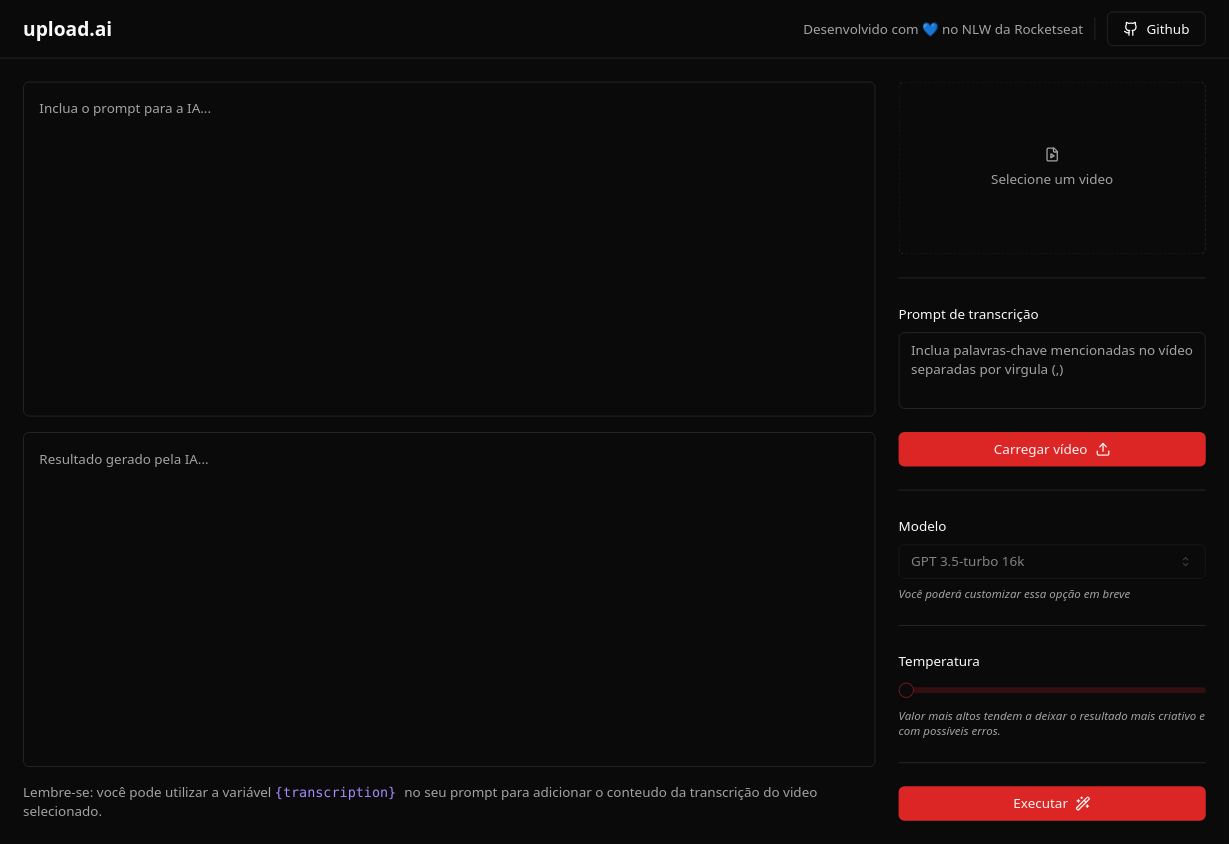
Repository: ricardolimati/upload-ai-web
Page: /
The author's editor kept a copy of each file at every save. The page is drawn from the files as they stood at one save, then again after a run of saves.
The browser window is 1280 px wide. The pictures show the whole page, at 96% of full size.
The project was rebuilt for these pictures with package versions that can differ from the ones it lists, and the page was loaded fresh each time. Also part of the build but not shown: vite.config.ts.

Above is the page before, as saved 2023-09-12 00:33:40.

### src/App.tsx
import {Github, FileVideo, Upload, Wand2} from 'lucide-react'
import { Button } from "./components/ui/button";
import { Separator } from './components/ui/separator';
import { Textarea } from './components/ui/textarea';
import { Label } from './components/ui/label';
import { Select, SelectContent, SelectItem, SelectTrigger, SelectValue } from './components/ui/select';
import { Slider } from './components/ui/slider';

export function App() {
  return(
   <div className="min-h-screen flex flex-col">
    <div className="px-6 py-3 flex items-center justify-between border-b">
      <h1 className="text-xl font-bold">upload.ai</h1>
      <div className="flex items-center gap-3">
        <span className="text-sm text-muted-foreground">
          Desenvolvido com 💙 no NLW da Rocketseat</span>
          <Separator orientation='vertical' className='h-6' />
        <Button variant="outline">
          <Github className="w-4 h-4 mr-2" />Github
        </Button>
      </div>
    </div>

    <main className="flex-1 p-6 flex gap-6">
      <div className="flex flex-col flex-1 gap-4">
        <div className="grid grid-rows-2 gap-4 flex-1">
          <Textarea
          className="resize-none p-4 leading-relaxed"
          placeholder="Inclua o prompt para a IA..."
          />
          <Textarea
          className="resize-none p-4 leading-relaxed"
          placeholder="Resultado gerado pela IA..."
          readOnly/>
        </div>

        <p className="text-sm text-muted-foreground">
          Lembre-se: você pode utilizar a variável <code className="text-violet-400">{'{transcription}'} </code>
           no seu prompt para adicionar o conteudo da transcrição
          do video selecionado.</p>
      </div>
      <aside className="w-80 space-y-6">
        <form className="space-y-6" >
          <label
          htmlFor="video"
          className="border flex rounded-md aspect-video cursor-pointer border-dashed text-sm flex-col gap-2 items-center justify-center text-muted-foreground hover:bg-primary/5"
          >
            <FileVideo className="w-4 h-4" />
            Selecione um video
          </label>
          <input type="file" id="video" accept="video/mp4" className="sr-only"/>
          <Separator />
          <div className="space-y-2">
            <Label htmlFor="transcription_prompt">Prompt de transcrição</Label>
            <Textarea
            id="transcription_prompt"
            className="h-20 leading-relaxe resize-none"
            placeholder="Inclua palavras-chave mencionadas no vídeo separadas por virgula (,)"
            />
          </div>
          <Button type="submit" className="w-full">
            Carregar vídeo
            <Upload
              className="w-4 h-4 ml-2"
            />
          </Button>
        </form>

        <Separator />

        <form className="space-y-6">
          <div className="space-y-2">
            <Label >Modelo</Label>
           <Select disabled defaultValue='gpt-3.5'>
              <SelectTrigger>
                <SelectValue />
              </SelectTrigger>
              <SelectContent>
              <SelectItem value="gpt-3.5">GPT 3.5-turbo 16k</SelectItem>
              </SelectContent>
            </Select>
            <span className="block text-xs text-muted-foreground italic">
              Você poderá customizar essa opção em breve
            </span>
          </div>

          <Separator/>
          <div className="space-y-4">
            <Label >Temperatura</Label>
            <Slider
             min={0}
             max={1}
             step={0.1}
            />
            <span className="block text-xs text-muted-foreground italic">
              Valor mais altos tendem a deixar o resultado mais criativo e com possíveis erros.
            </span>
          </div>

          <Separator />

          <Button type="submit" className="w-full">
            Executar
            <Wand2  className="w-4 h-4 ml-2"/>
          </Button>

        </form>
      </aside>
    </main>
   </div>
  )
}

### src/index.css
@tailwind base;
@tailwind components;
@tailwind utilities;

@layer base {
  :root {
    --background: 0 0% 3.9%;
    --foreground: 0 0% 98%;
    --card: 0 0% 3.9%;
    --card-foreground: 0 0% 98%;
    --popover: 0 0% 3.9%;
    --popover-foreground: 0 0% 98%;
    --primary: 0 72.2% 50.6%;
    --primary-foreground: 0 85.7% 97.3%;
    --secondary: 0 0% 14.9%;
    --secondary-foreground: 0 0% 98%;
    --muted: 0 0% 14.9%;
    --muted-foreground: 0 0% 63.9%;
    --accent: 0 0% 14.9%;
    --accent-foreground: 0 0% 98%;
    --destructive: 0 62.8% 30.6%;
    --destructive-foreground: 0 0% 98%;
    --border: 0 0% 14.9%;
    --input: 0 0% 14.9%;
    --ring: 0 72.2% 50.6%;

    --radius: 0.5rem;
  }
}

@layer base {
  * {
    @apply border-border;
  }
  body {
    @apply bg-background text-foreground;
  }
}

### src/components/ui/button.tsx
import * as React from "react"
import { Slot } from "@radix-ui/react-slot"
import { cva, type VariantProps } from "class-variance-authority"

import { cn } from "@/lib/utils"

const buttonVariants = cva(
  "inline-flex items-center justify-center rounded-md text-sm font-medium transition-colors focus-visible:outline-none focus-visible:ring-1 focus-visible:ring-ring disabled:pointer-events-none disabled:opacity-50",
  {
    variants: {
      variant: {
        default:
          "bg-primary text-primary-foreground shadow hover:bg-primary/90",
        destructive:
          "bg-destructive text-destructive-foreground shadow-sm hover:bg-destructive/90",
        outline:
          "border border-input bg-transparent shadow-sm hover:bg-accent hover:text-accent-foreground",
        secondary:
          "bg-secondary text-secondary-foreground shadow-sm hover:bg-secondary/80",
        ghost: "hover:bg-accent hover:text-accent-foreground",
        link: "text-primary underline-offset-4 hover:underline",
      },
      size: {
        default: "h-9 px-4 py-2",
        sm: "h-8 rounded-md px-3 text-xs",
        lg: "h-10 rounded-md px-8",
        icon: "h-9 w-9",
      },
    },
    defaultVariants: {
      variant: "default",
      size: "default",
    },
  }
)

export interface ButtonProps
  extends React.ButtonHTMLAttributes<HTMLButtonElement>,
    VariantProps<typeof buttonVariants> {
  asChild?: boolean
}

const Button = React.forwardRef<HTMLButtonElement, ButtonProps>(
  ({ className, variant, size, asChild = false, ...props }, ref) => {
    const Comp = asChild ? Slot : "button"
    return (
      <Comp
        className={cn(buttonVariants({ variant, size, className }))}
        ref={ref}
        {...props}
      />
    )
  }
)
Button.displayName = "Button"

export { Button, buttonVariants }

### src/components/ui/separator.tsx
import * as React from "react"
import * as SeparatorPrimitive from "@radix-ui/react-separator"

import { cn } from "@/lib/utils"

const Separator = React.forwardRef<
  React.ElementRef<typeof SeparatorPrimitive.Root>,
  React.ComponentPropsWithoutRef<typeof SeparatorPrimitive.Root>
>(
  (
    { className, orientation = "horizontal", decorative = true, ...props },
    ref
  ) => (
    <SeparatorPrimitive.Root
      ref={ref}
      decorative={decorative}
      orientation={orientation}
      className={cn(
        "shrink-0 bg-border",
        orientation === "horizontal" ? "h-[1px] w-full" : "h-full w-[1px]",
        className
      )}
      {...props}
    />
  )
)
Separator.displayName = SeparatorPrimitive.Root.displayName

export { Separator }

### src/components/ui/textarea.tsx
import * as React from "react"

import { cn } from "@/lib/utils"

export interface TextareaProps
  extends React.TextareaHTMLAttributes<HTMLTextAreaElement> {}

const Textarea = React.forwardRef<HTMLTextAreaElement, TextareaProps>(
  ({ className, ...props }, ref) => {
    return (
      <textarea
        className={cn(
          "flex min-h-[60px] w-full rounded-md border border-input bg-transparent px-3 py-2 text-sm shadow-sm placeholder:text-muted-foreground focus-visible:outline-none focus-visible:ring-1 focus-visible:ring-ring disabled:cursor-not-allowed disabled:opacity-50",
          className
        )}
        ref={ref}
        {...props}
      />
    )
  }
)
Textarea.displayName = "Textarea"

export { Textarea }

### src/components/ui/label.tsx
import * as React from "react"
import * as LabelPrimitive from "@radix-ui/react-label"
import { cva, type VariantProps } from "class-variance-authority"

import { cn } from "@/lib/utils"

const labelVariants = cva(
  "text-sm font-medium leading-none peer-disabled:cursor-not-allowed peer-disabled:opacity-70"
)

const Label = React.forwardRef<
  React.ElementRef<typeof LabelPrimitive.Root>,
  React.ComponentPropsWithoutRef<typeof LabelPrimitive.Root> &
    VariantProps<typeof labelVariants>
>(({ className, ...props }, ref) => (
  <LabelPrimitive.Root
    ref={ref}
    className={cn(labelVariants(), className)}
    {...props}
  />
))
Label.displayName = LabelPrimitive.Root.displayName

export { Label }

### src/components/ui/select.tsx
import * as React from "react"
import { CaretSortIcon, CheckIcon } from "@radix-ui/react-icons"
import * as SelectPrimitive from "@radix-ui/react-select"

import { cn } from "@/lib/utils"

const Select = SelectPrimitive.Root

const SelectGroup = SelectPrimitive.Group

const SelectValue = SelectPrimitive.Value

const SelectTrigger = React.forwardRef<
  React.ElementRef<typeof SelectPrimitive.Trigger>,
  React.ComponentPropsWithoutRef<typeof SelectPrimitive.Trigger>
>(({ className, children, ...props }, ref) => (
  <SelectPrimitive.Trigger
    ref={ref}
    className={cn(
      "flex h-9 w-full items-center justify-between rounded-md border border-input bg-transparent px-3 py-2 text-sm shadow-sm ring-offset-background placeholder:text-muted-foreground focus:outline-none focus:ring-1 focus:ring-ring disabled:cursor-not-allowed disabled:opacity-50",
      className
    )}
    {...props}
  >
    {children}
    <SelectPrimitive.Icon asChild>
      <CaretSortIcon className="h-4 w-4 opacity-50" />
    </SelectPrimitive.Icon>
  </SelectPrimitive.Trigger>
))
SelectTrigger.displayName = SelectPrimitive.Trigger.displayName

const SelectContent = React.forwardRef<
  React.ElementRef<typeof SelectPrimitive.Content>,
  React.ComponentPropsWithoutRef<typeof SelectPrimitive.Content>
>(({ className, children, position = "popper", ...props }, ref) => (
  <SelectPrimitive.Portal>
    <SelectPrimitive.Content
      ref={ref}
      className={cn(
        "relative z-50 min-w-[8rem] overflow-hidden rounded-md border bg-popover text-popover-foreground shadow-md data-[state=open]:animate-in data-[state=closed]:animate-out data-[state=closed]:fade-out-0 data-[state=open]:fade-in-0 data-[state=closed]:zoom-out-95 data-[state=open]:zoom-in-95 data-[side=bottom]:slide-in-from-top-2 data-[side=left]:slide-in-from-right-2 data-[side=right]:slide-in-from-left-2 data-[side=top]:slide-in-from-bottom-2",
        position === "popper" &&
          "data-[side=bottom]:translate-y-1 data-[side=left]:-translate-x-1 data-[side=right]:translate-x-1 data-[side=top]:-translate-y-1",
        className
      )}
      position={position}
      {...props}
    >
      <SelectPrimitive.Viewport
        className={cn(
          "p-1",
          position === "popper" &&
            "h-[var(--radix-select-trigger-height)] w-full min-w-[var(--radix-select-trigger-width)]"
        )}
      >
        {children}
      </SelectPrimitive.Viewport>
    </SelectPrimitive.Content>
  </SelectPrimitive.Portal>
))
SelectContent.displayName = SelectPrimitive.Content.displayName

const SelectLabel = React.forwardRef<
  React.ElementRef<typeof SelectPrimitive.Label>,
  React.ComponentPropsWithoutRef<typeof SelectPrimitive.Label>
>(({ className, ...props }, ref) => (
  <SelectPrimitive.Label
    ref={ref}
    className={cn("px-2 py-1.5 text-sm font-semibold", className)}
    {...props}
  />
))
SelectLabel.displayName = SelectPrimitive.Label.displayName

const SelectItem = React.forwardRef<
  React.ElementRef<typeof SelectPrimitive.Item>,
  React.ComponentPropsWithoutRef<typeof SelectPrimitive.Item>
>(({ className, children, ...props }, ref) => (
  <SelectPrimitive.Item
    ref={ref}
    className={cn(
      "relative flex w-full cursor-default select-none items-center rounded-sm py-1.5 pl-2 pr-8 text-sm outline-none focus:bg-accent focus:text-accent-foreground data-[disabled]:pointer-events-none data-[disabled]:opacity-50",
      className
    )}
    {...props}
  >
    <span className="absolute right-2 flex h-3.5 w-3.5 items-center justify-center">
      <SelectPrimitive.ItemIndicator>
        <CheckIcon className="h-4 w-4" />
      </SelectPrimitive.ItemIndicator>
    </span>
    <SelectPrimitive.ItemText>{children}</SelectPrimitive.ItemText>
  </SelectPrimitive.Item>
))
SelectItem.displayName = SelectPrimitive.Item.displayName

const SelectSeparator = React.forwardRef<
  React.ElementRef<typeof SelectPrimitive.Separator>,
  React.ComponentPropsWithoutRef<typeof SelectPrimitive.Separator>
>(({ className, ...props }, ref) => (
  <SelectPrimitive.Separator
    ref={ref}
    className={cn("-mx-1 my-1 h-px bg-muted", className)}
    {...props}
  />
))
SelectSeparator.displayName = SelectPrimitive.Separator.displayName

export {
  Select,
  SelectGroup,
  SelectValue,
  SelectTrigger,
  SelectContent,
  SelectLabel,
  SelectItem,
  SelectSeparator,
}

### src/components/ui/slider.tsx
import * as React from "react"
import * as SliderPrimitive from "@radix-ui/react-slider"

import { cn } from "@/lib/utils"

const Slider = React.forwardRef<
  React.ElementRef<typeof SliderPrimitive.Root>,
  React.ComponentPropsWithoutRef<typeof SliderPrimitive.Root>
>(({ className, ...props }, ref) => (
  <SliderPrimitive.Root
    ref={ref}
    className={cn(
      "relative flex w-full touch-none select-none items-center",
      className
    )}
    {...props}
  >
    <SliderPrimitive.Track className="relative h-1.5 w-full grow overflow-hidden rounded-full bg-primary/20">
      <SliderPrimitive.Range className="absolute h-full bg-primary" />
    </SliderPrimitive.Track>
    <SliderPrimitive.Thumb className="block h-4 w-4 rounded-full border border-primary/50 bg-background shadow transition-colors focus-visible:outline-none focus-visible:ring-1 focus-visible:ring-ring disabled:pointer-events-none disabled:opacity-50" />
  </SliderPrimitive.Root>
))
Slider.displayName = SliderPrimitive.Root.displayName

export { Slider }

Loaded but not shown: index.html (common file); src/main.tsx (common file); src/lib/utils.ts (common file); tailwind.config.js (common file)

After the next 2 saves:
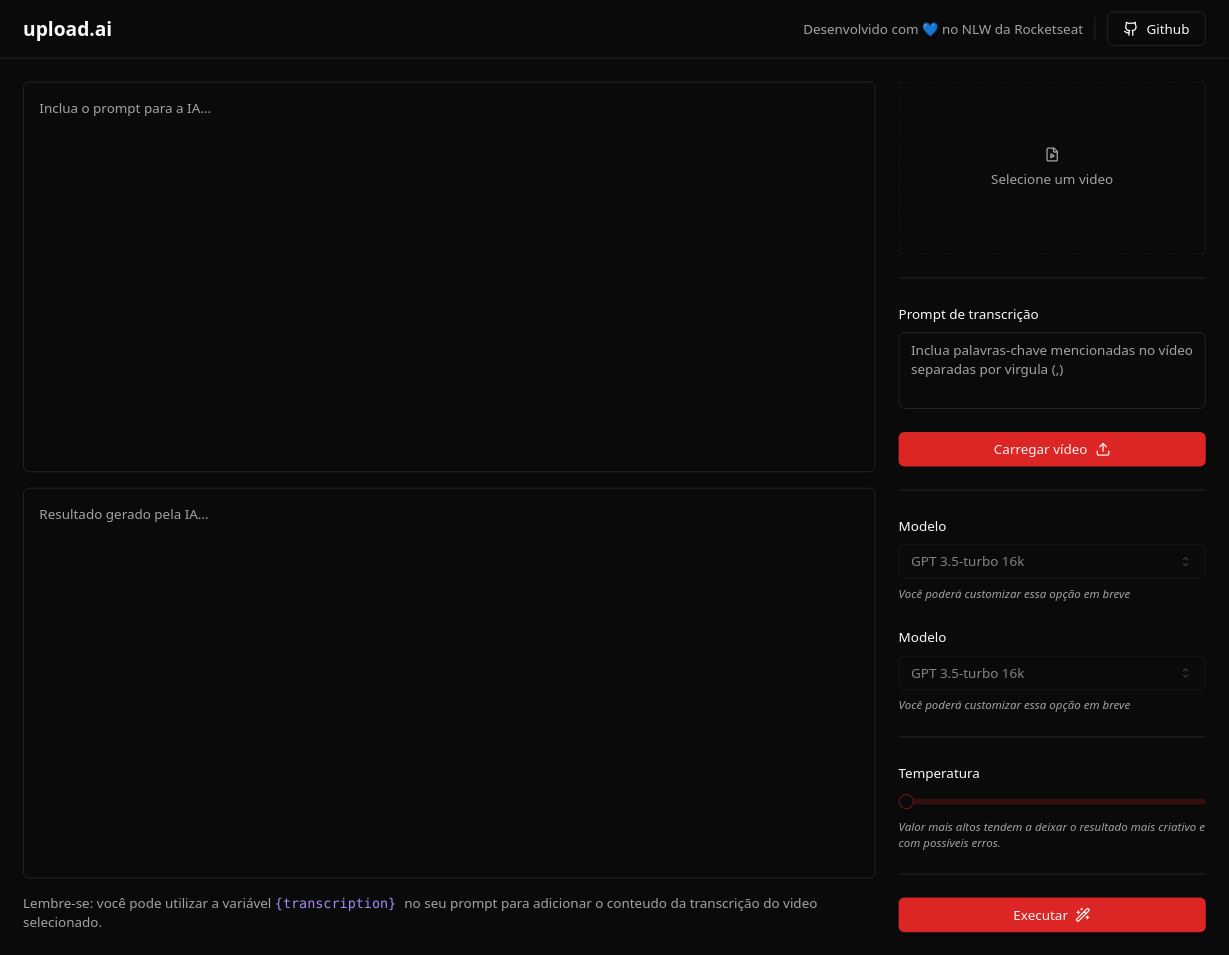
The 2 saves are shown as one change because they came seconds apart.
The last was saved 2 min 5 s later.
--- a/src/App.tsx
+++ b/src/App.tsx
@@ -69,6 +69,21 @@ export function App() {
         <Separator />
 
         <form className="space-y-6">
+        <div className="space-y-2">
+            <Label >Modelo</Label>
+           <Select disabled defaultValue='gpt-3.5'>
+              <SelectTrigger>
+                <SelectValue />
+              </SelectTrigger>
+              <SelectContent>
+              <SelectItem value="gpt-3.5">GPT 3.5-turbo 16k</SelectItem>
+              </SelectContent>
+            </Select>
+            <span className="block text-xs text-muted-foreground italic">
+              Você poderá customizar essa opção em breve
+            </span>
+          </div>
+
           <div className="space-y-2">
             <Label >Modelo</Label>
            <Select disabled defaultValue='gpt-3.5'>
